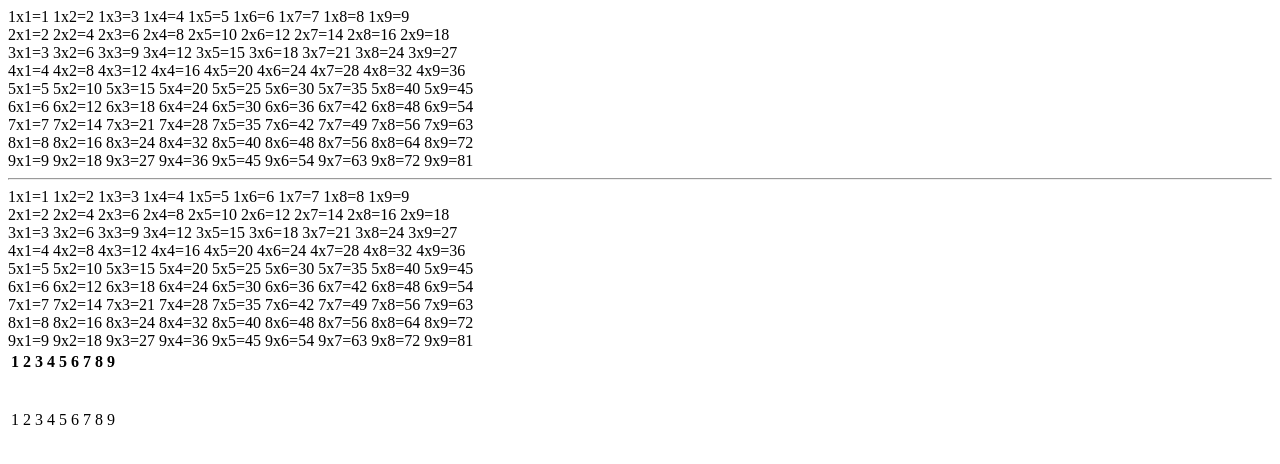
Repository: SongSooJin/JSP
Page: http://localhost/5-jsp-basic/example5/gugudan.jsp
The author's editor kept a copy of each file at every save. The page is drawn from the files as they stood at one save, then again after the next save.
The browser window is 1280 px wide. The pictures show the whole page.
The page is served by Tomcat 9. Other server files are loaded and not shown.

Above is the page before, as saved 2018-10-08 05:26:21.

### 5-jsp-basic/WebContent/example5/gugudan.jsp
<%@ page language="java" contentType="text/html; charset=UTF-8"
	pageEncoding="UTF-8"%>
<!DOCTYPE html>
<html>
<head>
<meta charset="UTF-8">
<title>Insert title here</title>
</head>
<body>

	<%
		for (int i = 1; i <= 9; i++) {
			for (int j = 1; j <= 9; j++) {
				out.print(i + "x" + j + "=" + (i * j) + " ");
			}
			out.print("<br>");
		}
	%>
	<hr>

	<table>
		<thead>
			<tr>
				<th>1</th>
				<th>2</th>
				<th>3</th>
				<th>4</th>
				<th>5</th>
				<th>6</th>
				<th>7</th>
				<th>8</th>
				<th>9</th>
			</tr>
		</thead>

		<tbody>
		<%
			for (int i = 1; i <= 9; i++) { // 행
				out.print("<tr>");
				for (int j = 1; j <= 9; j++) { // 열
 					out.print(i + "x" + j + "=" + (i * j) + " ");
				}
				out.print("<br>");

				out.print("<tr>");
			}
		%>
			<tr>
				<td>1</td>
				<td>2</td>
				<td>3</td>
				<td>4</td>
				<td>5</td>
				<td>6</td>
				<td>7</td>
				<td>8</td>
				<td>9</td>
			</tr>
		</tbody>
	</table>

</body>
</html>

After the next save:
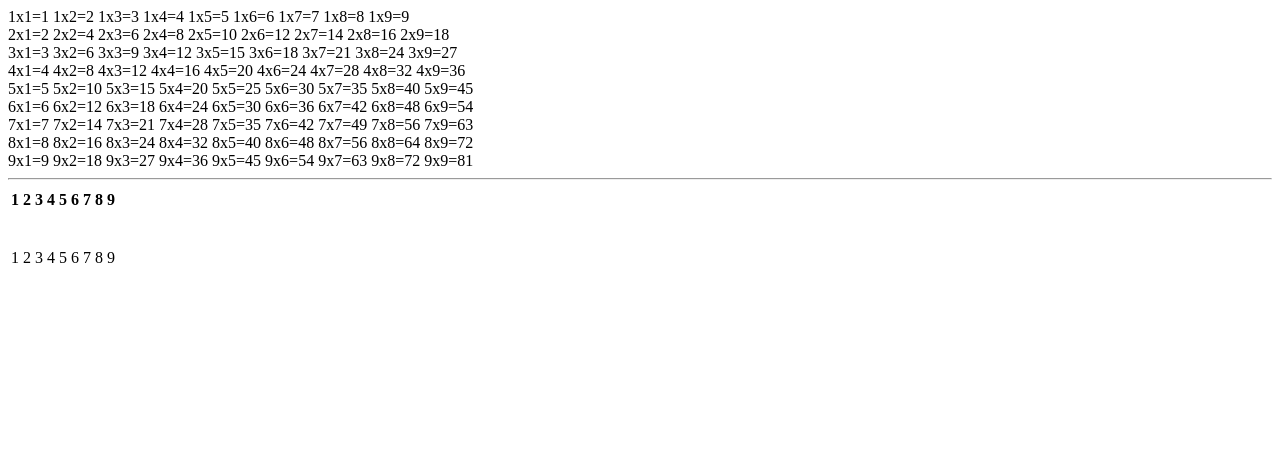
Saved 42 s later.
--- a/5-jsp-basic/WebContent/example5/gugudan.jsp
+++ b/5-jsp-basic/WebContent/example5/gugudan.jsp
@@ -38,9 +38,9 @@
 			for (int i = 1; i <= 9; i++) { // 행
 				out.print("<tr>");
 				for (int j = 1; j <= 9; j++) { // 열
- 					out.print(i + "x" + j + "=" + (i * j) + " ");
+ 					// out.print(i + "x" + j + "=" + (i * j) + " ");
 				}
-				out.print("<br>");
+				// out.print("<br>");
 
 				out.print("<tr>");
 			}
